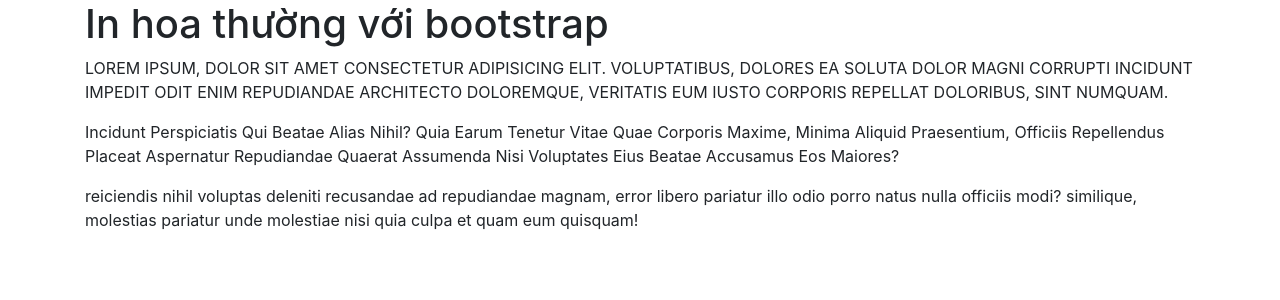
Repository: anhtu2110/front_end
Page: lesson/bootstrap/text-images/3.5-text-transform.html
These files come from the project's save history. The page is drawn as it stood at one moment and after the next save; the edit follows.
The browser window is 1280 px wide. The pictures show the whole page.

Above is the page before, as saved 2022-12-01 23:49:13.

### lesson/bootstrap/text-images/3.5-text-transform.html
<!DOCTYPE html>
<html lang="en">
  <head>
    <meta charset="UTF-8" />
    <meta http-equiv="X-UA-Compatible" content="IE=edge" />
    <meta name="viewport" content="width=device-width, initial-scale=1.0" />
    <link rel="stylesheet" href="./bootstrap/css/bootstrap.min.css" />
    <title>Nhóm class in hoa - thường trong bootstrap</title>
  </head>
  <body>
    <div class="container">
      <div class="row">
        <div class="col-md-12">
          <h1>In hoa thường với bootstrap</h1>
          <p class="text-uppercase">
            Lorem ipsum, dolor sit amet consectetur adipisicing elit.
            Voluptatibus, dolores ea soluta dolor magni corrupti incidunt
            impedit odit enim repudiandae architecto doloremque, veritatis eum
            iusto corporis repellat doloribus, sint numquam.
          </p>
          <p class="text-capitalize">
            Incidunt perspiciatis qui beatae alias nihil? Quia earum tenetur
            vitae quae corporis maxime, minima aliquid praesentium, officiis
            repellendus placeat aspernatur repudiandae quaerat assumenda nisi
            voluptates eius beatae accusamus eos maiores?
          </p>
          <p class="text-lowercase">
            Reiciendis nihil voluptas deleniti recusandae ad repudiandae magnam,
            error libero pariatur illo odio porro natus nulla officiis modi?
            Similique, molestias pariatur unde molestiae nisi quia culpa et quam
            eum quisquam!
          </p>
        </div>
      </div>
    </div>
    <script src="js/jquery-3.6.1.min.js"></script>
    <script src="js/popper.min.js"></script>
    <script src="./bootstrap/js/bootstrap.min.js"></script>
  </body>
</html>

Loaded but not shown: lesson/bootstrap/text-images/bootstrap/css/bootstrap.min.css (library); lesson/bootstrap/text-images/js/jquery-3.6.1.min.js (library); lesson/bootstrap/text-images/js/popper.min.js (library); lesson/bootstrap/text-images/bootstrap/js/bootstrap.min.js (library)

After the next save:
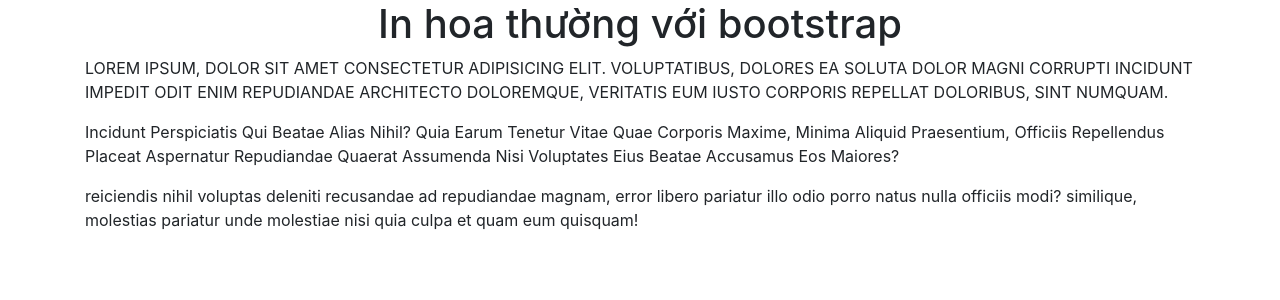
Saved 88 s later.
--- a/lesson/bootstrap/text-images/3.5-text-transform.html
+++ b/lesson/bootstrap/text-images/3.5-text-transform.html
@@ -11,7 +11,7 @@
     <div class="container">
       <div class="row">
         <div class="col-md-12">
-          <h1>In hoa thường với bootstrap</h1>
+          <h1 class="text-center">In hoa thường với bootstrap</h1>
           <p class="text-uppercase">
             Lorem ipsum, dolor sit amet consectetur adipisicing elit.
             Voluptatibus, dolores ea soluta dolor magni corrupti incidunt
